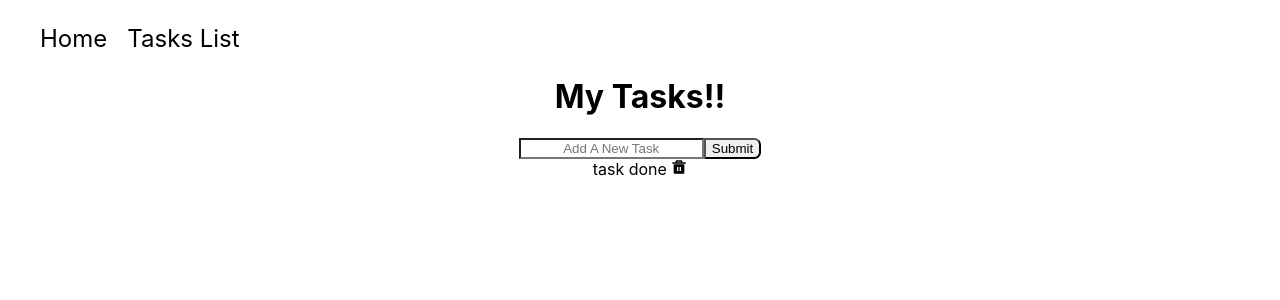
Repository: runner855/abstract_todolist
Page: /, after clicking the first element matching `button`
The author's editor kept a copy of each file at every save. The page is drawn from the files as they stood at one save, then again after the next save.
The browser window is 1280 px wide. The pictures show the whole page.
The project was rebuilt for these pictures with package versions that can differ from the ones it lists, and the page was loaded fresh each time.

Above is the page before, as saved 2022-11-09 09:44:36.

After the next save:
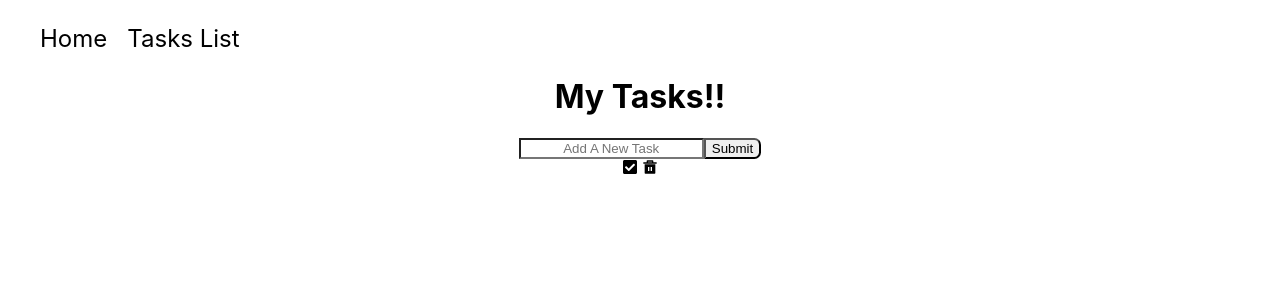
Saved 14 s later.
--- a/src/App.tsx
+++ b/src/App.tsx
@@ -34,7 +34,7 @@ export const App = () => {
           {list.map((item, index) => {
             return (
               <div className={`single-task `} key={`${item}-${index}`}>
-                task done {item} <RiDeleteBin5Fill />
+                <FaCheckSquare /> {item} <RiDeleteBin5Fill />
               </div>
             );
           })}
